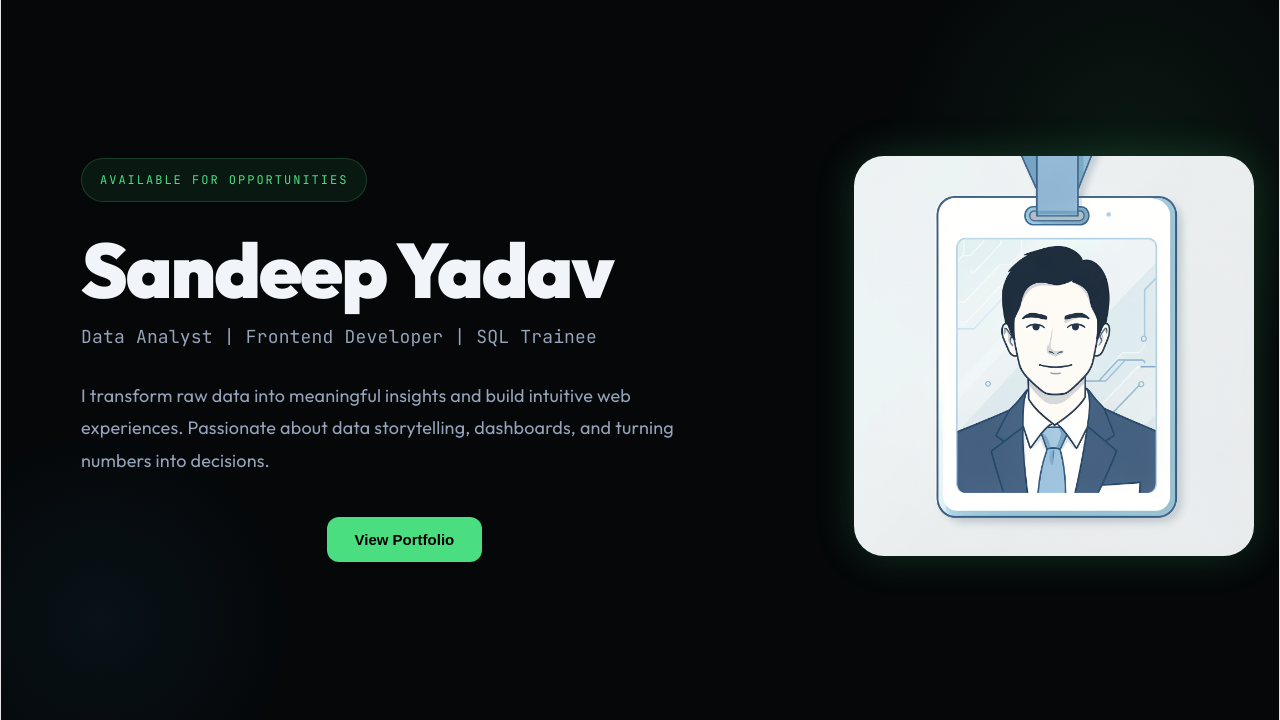
Repository: SandeepYadav18717/sandeepyadav
Page: / (app in Datanaltics_ portfolio/)
An editor plug-in stored every save of this project. The page is shown before and after the next save, followed by the edit.
The browser window is 1280 px wide. The pictures show the whole page.
The project was rebuilt for these pictures with package versions that can differ from the ones it lists, and the page was loaded fresh each time. Also part of the build but not shown: Datanaltics_ portfolio/vite.config.js, Datanaltics_ portfolio/src/App.css.

Above is the page before, as saved 2026-05-23 04:45:07.

After the next save:
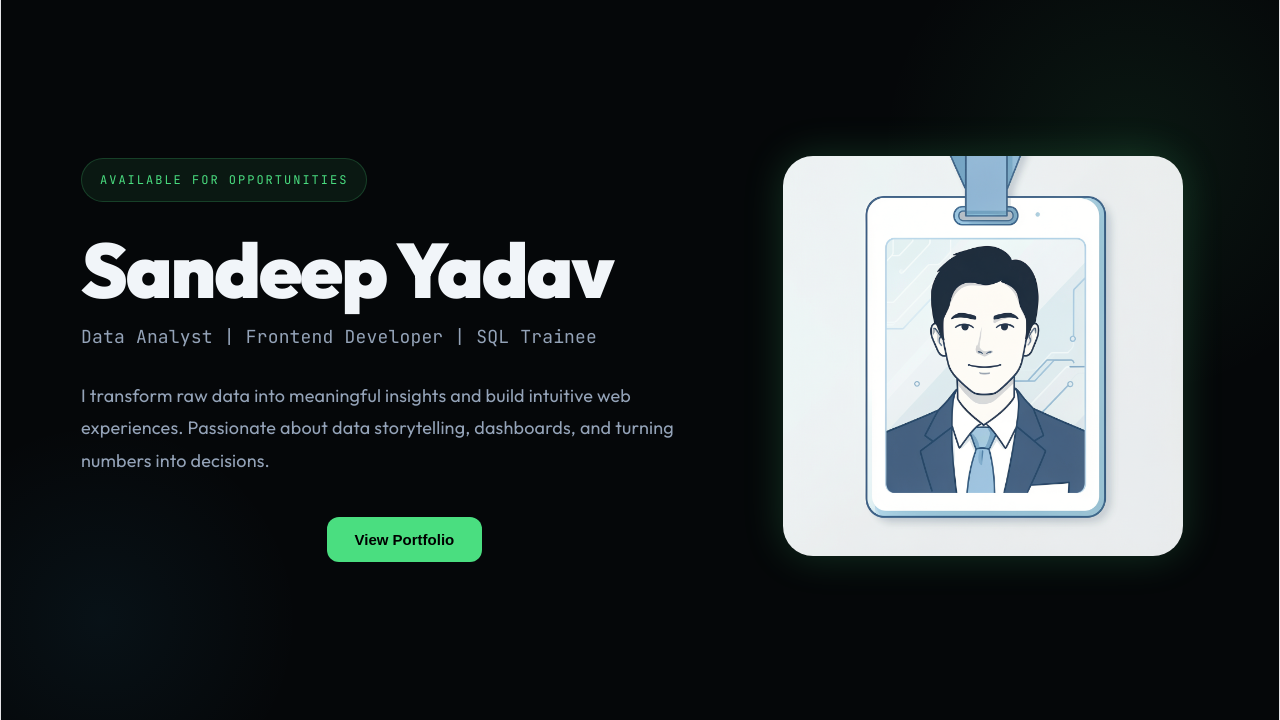
Saved 5 s later.
--- a/Datanaltics_ portfolio/src/Css/Main.css
+++ b/Datanaltics_ portfolio/src/Css/Main.css
@@ -122,7 +122,7 @@ body,
     width: 100%;
     max-width: 400px;
     height: auto;
-    margin-left: 20%;
+    margin-left: 0%;
     aspect-ratio: 1/1;
     border-radius: 30px;
     object-fit: cover;
